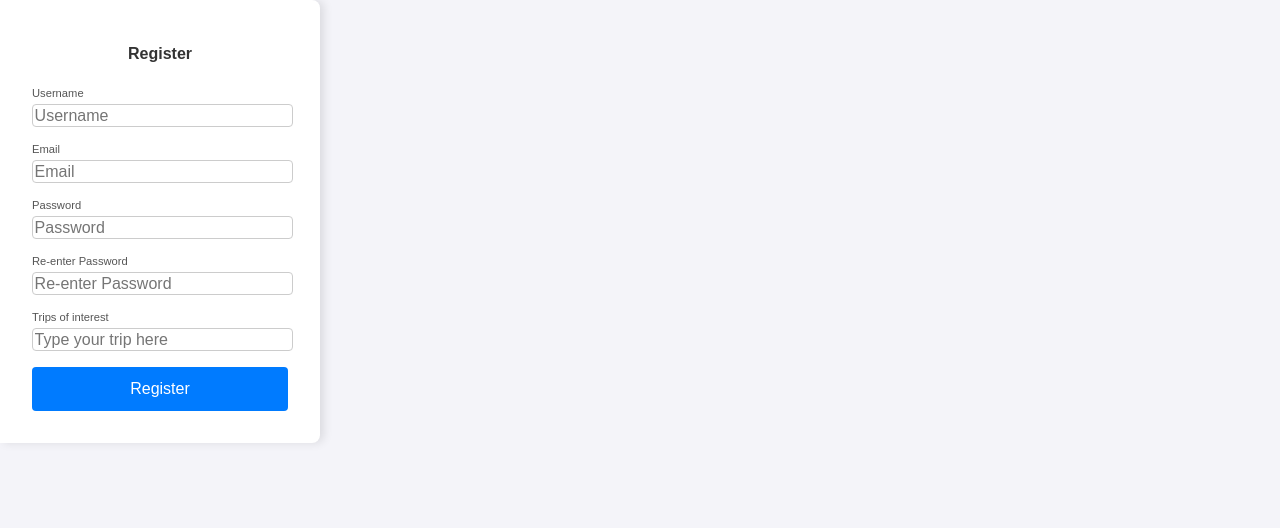
Repository: Nuttawut-Amattong/outtrip
Page: /register (app in OutTrip/)
These files come from the project's save history. The page is drawn as it stood at one moment and after a run of saves; the edit follows.
The browser window is 1280 px wide. The pictures show the whole page.
The project was rebuilt for these pictures with package versions that can differ from the ones it lists, and the page was loaded fresh each time. Also part of the build but not shown: OutTrip/vite.config.js, OutTrip/src/pages/Login.jsx, OutTrip/src/pages/Forgetpass.jsx.

Above is the page before, as saved 2025-05-19 00:51:57.

### OutTrip/src/main.jsx
import { StrictMode } from 'react';
import { createRoot } from 'react-dom/client';
import { BrowserRouter, Routes, Route } from 'react-router-dom';
import Login from './pages/Login.jsx';
import Register from './pages/Register.jsx';
import Forgetpass from './pages/Forgetpass.jsx';

createRoot(document.getElementById('root')).render(
  <StrictMode>
    <BrowserRouter>
      <Routes>
        <Route path="/" element={<Login />} />
        <Route path="/register" element={<Register />} />
        <Route path="/forgot-password" element={<Forgetpass />} />
      </Routes>
    </BrowserRouter>
  </StrictMode>
);

### OutTrip/src/pages/Register.jsx
import React, { useState } from 'react';
import '../CSS/register.css';
const Register = () => {
    const [formData, setFormData] = useState({
        username: '',
        email: '',
        password: '',
        rePassword: '',
        trip: ''
    });

    const [error, setError] = useState('');

    const handleChange = (e) => {
        const { name, value } = e.target;
        setFormData({
            ...formData,
            [name]: value,
        });
        setError('');
    };

    const handleSubmit = (e) => {
        e.preventDefault();

        if (formData.password !== formData.rePassword) {
            setError('Passwords do not match');
            return;
        }

        console.log('Registering user:', formData);

    };

    return (
        <div className="register-container">
            <h2>Register</h2>
            <form onSubmit={handleSubmit}>
                <div>
                    <label htmlFor="username">Username</label>
                    <input
                        type="text"
                        id="username"
                        name="username"
                        value={formData.username}
                        onChange={handleChange}
                        placeholder="Username"
                        required
                    />
                </div>
                <div>
                    <label htmlFor="email">Email</label>
                    <input
                        type="email"
                        id="email"
                        name="email"
                        value={formData.email}
                        onChange={handleChange}
                        placeholder="Email"
                        required
                    />
                </div>
                <div>
                    <label htmlFor="password">Password</label>
                    <input
                        type="password"
                        id="password"
                        name="password"
                        value={formData.password}
                        onChange={handleChange}
                        placeholder="Password"
                        required
                    />
                </div>
                <div>
                    <label htmlFor="rePassword">Re-enter Password</label>
                    <input
                        type="password"
                        id="rePassword"
                        name="rePassword"
                        placeholder="Re-enter Password"
                        value={formData.rePassword}
                        onChange={handleChange}
                        required
                    />
                </div>
                <div>
                    <label htmlFor="trip">Trips of interest</label>
                    <input
                        type="text"
                        id="trip"
                        name="trip"
                        value={formData.trip || ''}
                        onChange={(e) => setFormData({...formData, trip: e.target.value})}
                        placeholder="Type your trip here"
                        required
                    />
                </div>
                {error && <p style={{ color: 'red' }}>{error}</p>}  {/* แสดง error */}
                <button type="submit">Register</button>
            </form>
        </div>
    );
};

export default Register;

### OutTrip/src/CSS/login.css
body {
    font-family: Arial, sans-serif;
    margin: 0;
    padding: 0;
    background-color: #f4f4f9;
    display: block;
}

.login-container {
    background-color: #ffffff;
    padding: 2rem;
    border-radius: 0 8px 8px 0;
    box-shadow: 4px 0 10px rgba(0, 0, 0, 0.1);
    width: 100%;
    max-width: 320px;
    height: 100vh;
    box-sizing: border-box;
    position: fixed;
    left: 0;
    top: 0;
}

.login-container h1 {
    font-size: 1.8rem;
    margin-bottom: 1.5rem;
    color: #333333;
    text-align: center;
}

.login-container form {
    display: flex;
    flex-direction: column;
}

.login-container label {
    font-size: 0.9rem;
    margin-bottom: 0.5rem;
    color: #555555;
}

.login-container input[type="text"],
.login-container input[type="user"],
.login-container input[type="password"] {
    padding: 0.8rem;
    margin-bottom: 1rem;
    border: 1px solid #cccccc;
    border-radius: 4px;
    font-size: 1rem;
}

.login-container input[type="text"]:focus,
.login-container input[type="userl"]:focus,
.login-container input[type="password"]:focus {
    border-color: #007bff;
    outline: none;
}

.login-container button {
    padding: 0.8rem;
    background-color: #007bff;
    color: #ffffff;
    border: none;
    border-radius: 4px;
    font-size: 1rem;
    cursor: pointer;
    transition: background-color 0.3s ease;
}

.login-container button:hover {
    background-color: #0056b3;
}

.login-container .forgot-password {
    margin-top: 1rem;
    text-align: center;
}

.login-container .forgot-password a {
    color: #007bff;
    text-decoration: none;
    font-size: 0.9rem;
}

.login-container .forgot-password a:hover {
    text-decoration: underline;
}

.login-links {
    margin-top: 1rem;
    text-align: center;
    font-size: 0.85rem;
    color: #333333;
    display: flex;
    flex-direction: column;
    gap: 0.5rem;
}

.login-links a {
    color: inherit;
    text-decoration: none;
    cursor: pointer;
}

.login-links a:hover {
    text-decoration: underline;
}

### OutTrip/src/CSS/register.css
/* register.css */
body {
    font-family: Arial, sans-serif;
    margin: 0;
    padding: 0;
    background-color: #f4f4f9;
}

.register-container {
    background-color: #ffffff;
    padding: 2rem;
    border-radius: 0 8px 8px 0;
    box-shadow: 4px 0 10px rgba(0, 0, 0, 0.1);
    width: 100%;
    max-width: 320px;
    box-sizing: border-box;
    position: absolute;
    left: 0;
    top: 0;
}

.register-container h2 {
    font-size: 1rem;
    margin-bottom: 1.5rem;
    color: #333333;
    text-align: center;
}

.register-container form {
    display: flex;

    flex-direction: column;
}

.register-container label {
    font-size: 0.7rem;
    margin-bottom: 0.3rem;
    color: #555555;
    display: block;
}

.register-container input[type="text"],
.register-container input[type="email"],
.register-container input[type="password"] {
    padding: 0.1rem;
    margin-bottom: 1rem;
    border: 1px solid #cccccc;
    border-radius: 4px;
    font-size: 1rem;
    width: 100%;
}

.register-container input:focus {
    border-color: #007bff;
    outline: none;
}

.register-container button {
    padding: 0.8rem;
    background-color: #007bff;
    color: #ffffff;
    border: none;
    border-radius: 4px;
    font-size: 1rem;
    cursor: pointer;
    transition: background-color 0.3s ease;
}

.register-container button:hover {
    background-color: #0056b3;
}

.register-container p {
    font-size: 0.9rem;
    color: red;
    margin-top: -0.5rem;
    margin-bottom: 1rem;
}

### OutTrip/src/CSS/forgetpass.css
body {
    font-family: Arial, sans-serif;
    margin: 0;
    padding: 0;
    background-color: #f4f4f9;
    display: block;
}


.forgetpass-container {
    background-color: #ffffff;
    padding: 2rem;
    border-radius: 0 8px 8px 0;
    box-shadow: 4px 0 10px rgba(0, 0, 0, 0.1);
    width: 100%;
    max-width: 400px;
    height: 100vh;
    box-sizing: border-box;
    position: fixed;
    left: 0;
    top: 0;
}

.forgetpass-title {
    font-size: 1.5rem;
    font-weight: 600;
    color: #333;
    margin-bottom: 20px;
}

.forgetpass-form {
    width: 100%;
    display: flex;
    flex-direction: column;
}

.forgetpass-label {
    font-size: 0.9rem;
    color: #444;
    margin-bottom: 6px;
}

.forgetpass-input {
    padding: 10px;
    font-size: 1rem;
    border: 1px solid #ccc;
    border-radius: 5px;
    margin-bottom: 16px;
    outline: none;
    transition: border 0.2s;
}

.forgetpass-input:focus {
    border-color: #999;
}

.forgetpass-btn {
    background-color: #333;
    color: #fff;
    font-size: 1rem;
    font-weight: 500;
    border: none;
    border-radius: 5px;
    padding: 10px 0;
    cursor: pointer;
    transition: background-color 0.2s;
}

.forgetpass-btn:hover {
    background-color: #222;
}

.forgetpass-link {
    margin-top: 14px;
    font-size: 0.85rem;
    color: #666;
    text-align: center;
    text-decoration: none;
}

.forgetpass-link:hover {
    text-decoration: underline;
}

Loaded but not shown: OutTrip/index.html (common file)

After the next 3 saves:
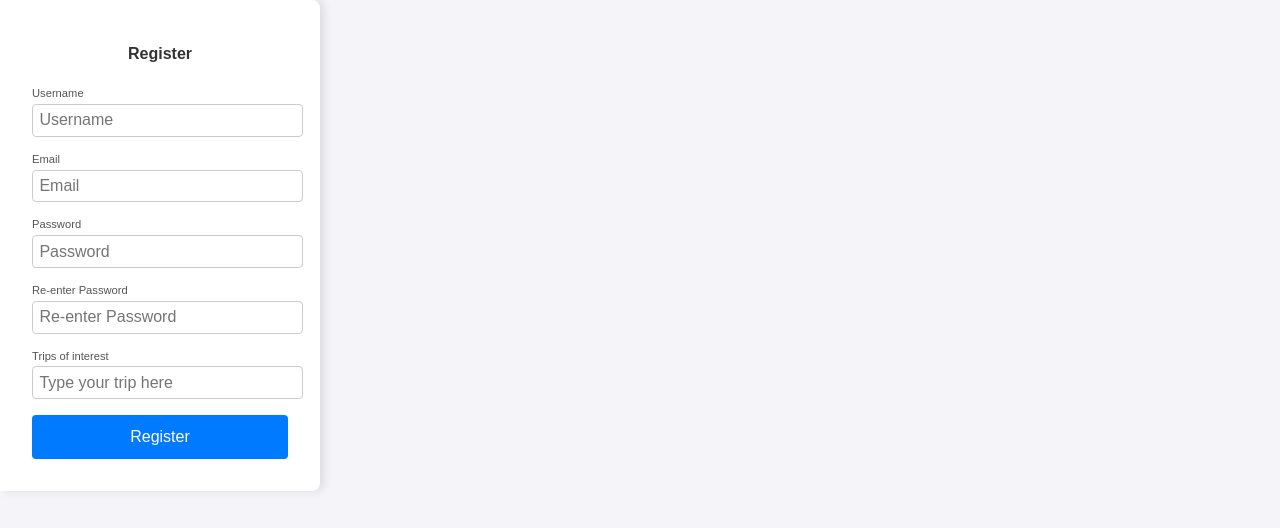
The 3 saves are shown as one change because they came seconds apart.
The last was saved 9 s later.
--- a/OutTrip/src/CSS/register.css
+++ b/OutTrip/src/CSS/register.css
@@ -42,7 +42,7 @@ body {
 .register-container input[type="text"],
 .register-container input[type="email"],
 .register-container input[type="password"] {
-    padding: 0.1rem;
+    padding: 0.4rem;
     margin-bottom: 1rem;
     border: 1px solid #cccccc;
     border-radius: 4px;
